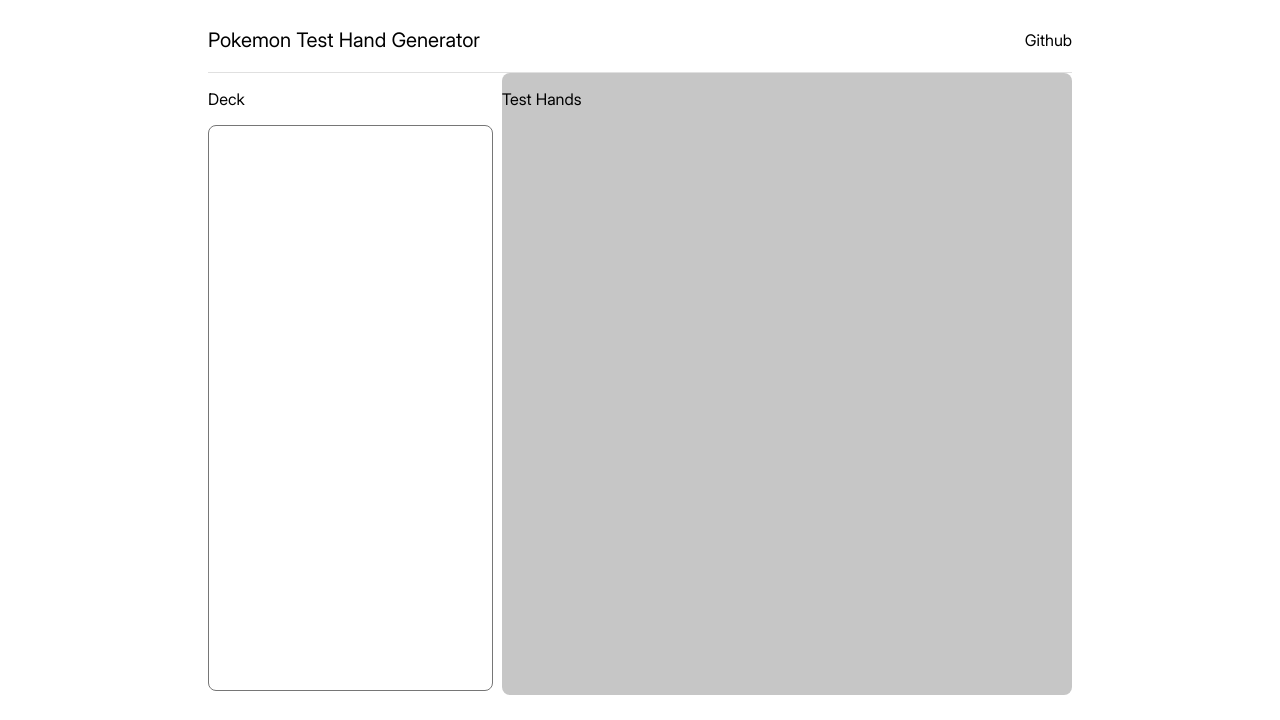
Repository: danielj1415/test-hand-simulator
Page: /
An editor plug-in stored every save of this project. The page is shown before and after the next save, followed by the edit.
The browser window is 1280 px wide. The pictures show the whole page.
The project was rebuilt for these pictures with package versions that can differ from the ones it lists, and the page was loaded fresh each time. Also part of the build but not shown: vite.config.ts, src/index.css.

Above is the page before, as saved 2024-10-30 18:13:26.

After the next save:
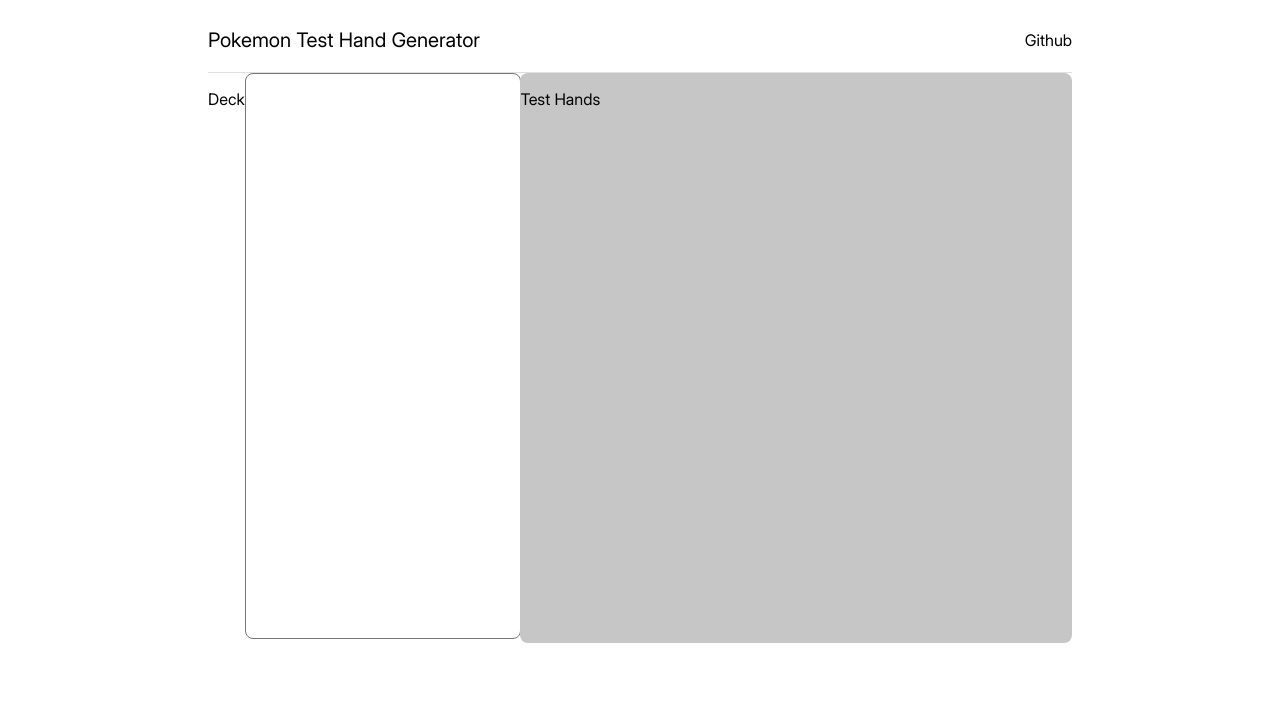
Saved 36 s later.
--- a/src/App.tsx
+++ b/src/App.tsx
@@ -32,8 +32,8 @@ function App() {
         </div>
         <div className = "divider"/>
         <div className = "mainBody">
+        <p className = "mainText">Deck</p>
           <div className = "inputDeck">
-            <p className = "mainText">Deck</p>
             <form onSubmit = {handleSubmit}>
               <div>
                 <label htmlFor="deck"></label>
